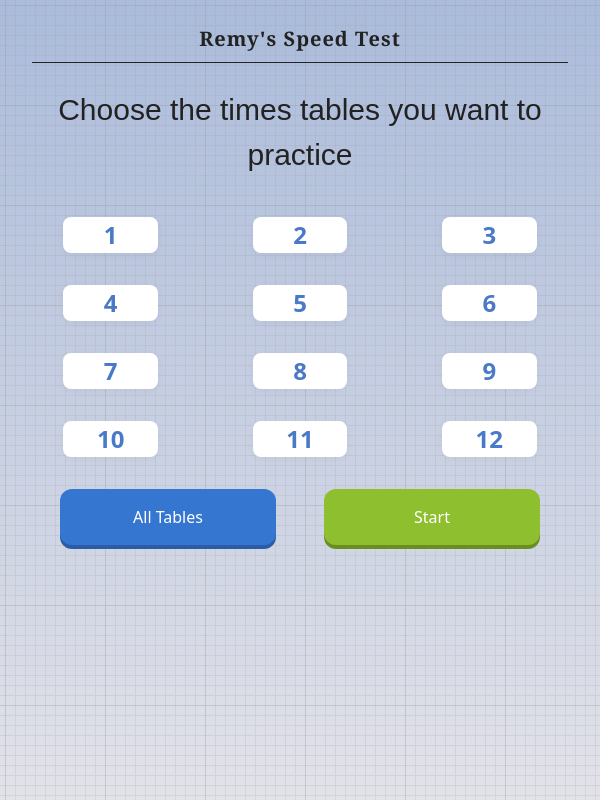
Repository: Chinurum-Omenuko/remys-speed-test
Page: / (app in app/)
The author's editor kept a copy of each file at every save. The page is drawn from the files as they stood at one save, then again after the next save.
The browser window is 600 px wide. The pictures show the whole page.
The project was rebuilt for these pictures with package versions that can differ from the ones it lists, and the page was loaded fresh each time. The framework's server and built-in components were replaced by stand-ins that run in the browser. Also part of the build but not shown: app/svelte.config.js, app/vite.config.ts.

Above is the page before, as saved 2025-11-17 18:56:46.

### app/src/routes/+page.svelte

<script lang="ts">
	import { goto } from "$app/navigation";
	import { GameStore } from "../stores/gameStore.svelte";

	let store = GameStore;
	let chosenTables = store.getTables()
	const tables = Array.from({ length: 12 }, (_, i) => i + 1);

	function selectTable(table: number) {
		store.addTables(table)
	}

	function allTables(){
		tables.forEach(table => {
			let index = chosenTables.indexOf(table)
			if(!chosenTables.includes(table)){
				selectTable(table)
				return
			}
			chosenTables.splice(index, 1)
		});
	}


	function start() {
		store.generateQuestions(chosenTables)
		goto("/test")
	}



	function lastResults() {
		alert('Show last results');
	}
</script>
<div class="landing-bg">
	<div style="padding: 1.5rem 2rem 0 2rem;">
		<h1 class="title">Remy's Speed Test</h1>
		<div class="dotted"></div>
		<h2 class="subtitle">Choose the times tables you want to practice</h2>
		<div class="content">
			<div class="tables-grid">
				{#each tables as table}
					<button
						type="button"
						class="table-btn {chosenTables.includes(table) ? 'selected' : ''}"
						on:click={() => {

							selectTable(table)
							}}
						aria-pressed={chosenTables[table] === table}
					>
						{table}
					</button>
				{/each}
			</div>
			<div class="actions">

				{#if chosenTables.length == 12}
					<button class="red-btn btn bg-red-500" on:click={allTables}>Deselect All Tables</button>
				{:else}
					<button class="blue-btn btn" on:click={allTables}>All Tables</button>
				{/if}

				<button class="green-btn btn" on:click={start}>Start</button>
			</div>
		</div>
	</div>
</div>

<style>
	* {
 		min-height: 0;
	}

	.landing-bg {


		background-image:url("data:[embedded picture, 1695 characters]"), linear-gradient(180deg, #aabbdb, #e2e2e9);
		min-height: 100vh;
		max-width: 100vw;
		padding: 0;
		margin: 0;
	}
	.title {
		font-size: 2rem;
		font-weight: 700;
		margin: 0 0 0.5rem 0;
		letter-spacing: 1px;
		color: #222;
		font-family: Georgia, 'Times New Roman', Times, serif;
		text-align: center;
	}
	.dotted {
		border-bottom: 1px solid #222;
		margin-bottom: 1.5rem;
	}
	.subtitle {
		font-size: clamp(1rem, 5vw, 2.5rem);
		font-weight: 100;
		margin-bottom: 2.5rem;
		text-align: center;
		color: #222;
		font-family: Arial, Helvetica, sans-serif;
	}

	.content{
		display: flex;
		flex-direction: column;
		/* border: solid 2px red; */
		justify-content: start;
		align-items: center;
		max-width: 100vw;
		min-height: 50vh;
	}
	.tables-grid {
		display: grid;
		grid-template-columns: repeat(6, 1fr);
		gap: 2rem;
		/* border: solid 2px green; */
		width: 100%;
	}
	.table-btn {
		background: #fff;
		border-radius: 8px;
		font-size: 2.5rem;
		font-weight: 700;
		color: #4a7ac7;
		width: 60%;
		height: 100%;
		display: flex;
		align-items: center;
		justify-content: center;
		cursor: pointer;
		transition: box-shadow 0.2s, border 0.2s;
		margin: 0 auto;
		box-shadow: 0 2px 8px rgba(0,0,0,0.04);
	}
	.table-btn.selected {
		border: 3px solid #2e5eaa;
		background: #eaf1ff;
		color: #2e5eaa;
	}
	.actions {
		display: flex;
		justify-content: space-between;
		align-items: stretch;
		max-width: 1200px;
		min-width: 50%;
		margin: 2rem auto 0 auto;
		flex-direction: row;

	}

	.btn {
		width: 80%;
		height: 50%;
		color: #fff;
		border-radius: 12px;
		padding: 1rem 2.5rem;
		cursor: pointer;
		margin-bottom: 0.5rem;
		display: -webkit-box;
		-webkit-line-clamp: 1; /* number of lines */
		-webkit-box-orient: vertical;
		overflow: hidden;
		white-space: nowrap;
		text-overflow: ellipsis;
	}
	.blue-btn {
		background:  #3576d1;
		border: none;
		box-shadow: 0 4px 0 #2b5ca7;
		transition: background 0.2s;
		font-size: 1em;
	}
	.blue-btn:active {
		background: #3576d1;
	}
	.green-btn {
		background: #8dbf2e;
		border: none;
		box-shadow: 0 4px 0 #6b8e23;
		margin-left: 1rem;
		transition: background 0.2s;
	}
	.green-btn:active {
		background: #8dbf2e;
	}

	/* 640px: small tablet */
	@media (min-width: 340px) and (max-width: 640px){
		.title{
			font-size: 20px;
		}
		.tables-grid {
			grid-template-columns: repeat(3, 1fr);

		}
		.table-btn {
			font-size: 1.5rem;
		}
		.actions {
			flex-direction: row;
			align-items: stretch;
			gap: 2rem;
			width: 80vw;
		}
	}
	@media (min-width: 640px) {
		.tables-grid {

		}
		.table-btn {

		}
		.actions {

		}
	}

	/* 768px: tablet portrait */
	/* @media (min-width: 768px) {
		.tables-grid {
			grid-template-columns: repeat(3, 1fr);
			border: red;
		}
		.table-btn {
			width: 100px;
			height: 80px;
			font-size: 1.5rem;
		}
		.actions {
			flex-direction: column;
			align-items: stretch;
			gap: 2rem;
		}
	} */

	/* 1024px: tablet landscape / small laptop */
	/* @media (min-width: 1024px) {
		.tables-grid {
			grid-template-columns: repeat(4, 1fr);
		}
		.table-btn {
			width: 140px;
			height: 110px;
			font-size: 2rem;
		}
		.actions {
			flex-direction: row;
			align-items: center;
			gap: 1rem;
		}
	} */

	/* @media (min-width: 1200px) and (max-height: 700px) {

	} */


	/* 1280px: laptop */
	/* @media (min-width: 1280px) {} */

	/* 1536px: large desktop */
	/* @media (min-width: 1536px) {} */




</style>

### app/src/stores/gameStore.svelte.ts
import { writable } from "svelte/store";
import { createQuestions } from "../utils/gameUtils";

function createGameStore(){
    let allQuestions = $state<any[]>([])
    let selectedTables: number[] = $state([])


    return{
        selectedTables,
        get allQuestions(){
            return allQuestions;
        },
        clearSelectedTables: () => {
            selectedTables = []
        },
        getTables: () => selectedTables,
        addTables: (table: number) => {
            let index = selectedTables.indexOf(table)

            if(!selectedTables.includes(table)){
                selectedTables.push(table)
                return
            }

            selectedTables.splice(index,1)

        },
        generateQuestions: (table: number[]) => {
            let questions = createQuestions(table)

            let flat = Object.values(questions).flat();
            allQuestions = [...allQuestions, ...flat];


        },

        removeQuestions: () => allQuestions = []
    }
}

export const GameStore = createGameStore()

### app/src/utils/gameUtils.ts
function makeQuestionObject(table: number){
    let questionsObjectArray = []
    for (let i = 1; i <= 12; i++){
        let question = {
            id: table + '-' + i,
            table: table,
            multiplier: i,
            question: `${table} x ${i}`,
            answer: table * i
        };
        questionsObjectArray.push(question);
    }
    return questionsObjectArray;
}

export function createQuestions(timeTable: number[]){
    let questions = {};

    timeTable.forEach(table => {
        let objectArray = makeQuestionObject(table)
        questions[table] = objectArray
    });
    return questions
}

Loaded but not shown: app/src/app.html (common file); app/src/routes/+layout.svelte (common file); app/src/app.css (common file)

After the next save:
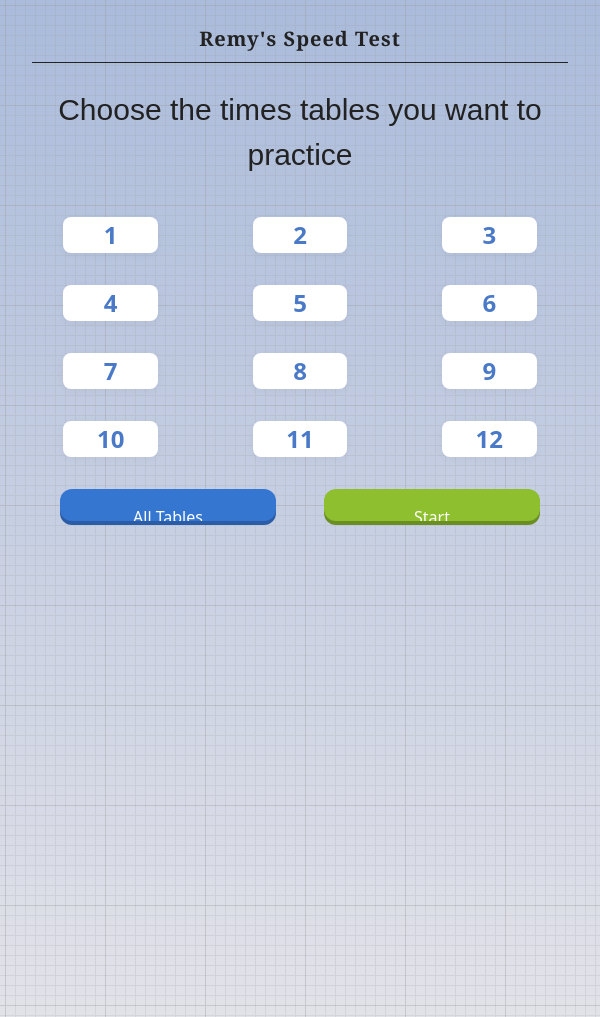
Saved 90 s later.
--- a/app/src/routes/+page.svelte
+++ b/app/src/routes/+page.svelte
@@ -191,6 +191,9 @@
 
 	/* 640px: small tablet */
 	@media (min-width: 340px) and (max-width: 640px){
+		.content{
+			height: 100vh;
+		}
 		.title{
 			font-size: 20px;
 		}
